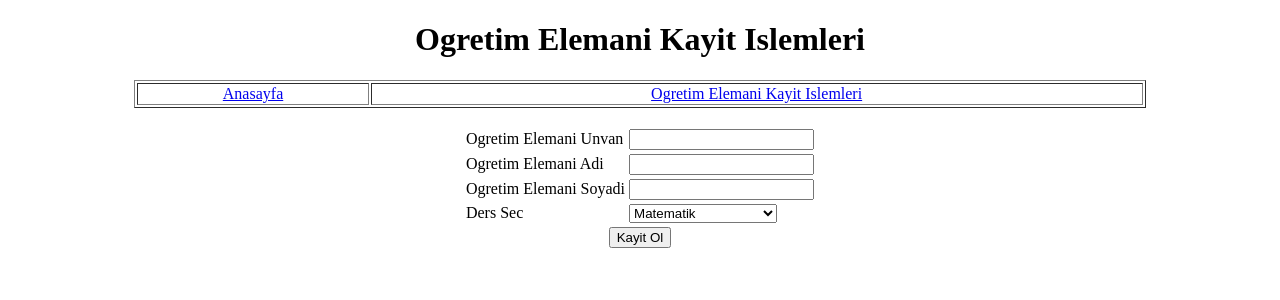
Repository: Egemen-ve-Burakhan-internet-final/final
Page: http://localhost/ogretim/ogretmen_kayit.jsp
The author's editor kept a copy of each file at every save. The page is drawn from the files as they stood at one save, then again after the next save.
The browser window is 1280 px wide. The pictures show the whole page.
The page is served by Tomcat 9. Other server files are loaded and not shown.

Above is the page before, as saved 2020-05-30 13:03:08.

### okul/ogretim/WebContent/ogretmen_kayit.jsp
<%@ page language="java" contentType="text/html; charset=ISO-8859-1"
    pageEncoding="ISO-8859-1"%>
<!DOCTYPE html>
<html>
<head>
<meta charset="ISO-8859-1">
<title>Ogretmen Kayit Sayfasi</title>
</head>
<body>
	<div>
		<div>
			<h1 style="text-align:center">Ogretim Elemani Kayit Islemleri</h1>
		</div>
		<div>
			<table border=1px; width="80%" align= center>
				<tr>
					<td style="text-align:center"><a href="index.jsp">Anasayfa               </a></td>
					<td style="text-align:center"><a href="ogretmen_kayit.jsp">Ogretim Elemani Kayit Islemleri</a></td>
				</tr>
			</table>
		</div><br>

		<div>
			<form name="forum" action="Servlet" method="post">
				<table align= center>

					<tr>
						<td><label>Ogretim Elemani Unvan</label></td>
						<td><input type="text" name="unvan" id="unvan"></td>
					</tr>

					<tr>
						<td><label>Ogretim Elemani Adi</label></td>
						<td><input type="text" name="ad" id="ad"></td>
					</tr>

					<tr>
						<td><label>Ogretim Elemani Soyadi</label></td>
						<td><input type="text" name="soyad" id="soyad"></td>
					</tr>

					<tr>
						<td><label>Ders Sec</label></td>
						<td>
							<select name="ders" id="ders">
							    <option value="1">Matematik</option>
							    <option value="2">Turkce</option>
							    <option value="3">Ingilizce</option>
							    <option value="4">Tarih</option>
							    <option value="5">Felsefe</option>
							    <option value="6">Biyoloji</option>
							    <option value="7">Fizik</option>
							    <option value="8">Kimya</option>
							    <option value="9">Internet Programciligi</option>
							    <option value="10">Muzik</option>
							    <option value="11">Beden Egitimi</option>
							    <option value="12">Din Kulturu</option>
			 			 	</select>
			 			</td>
					</tr>
					<tr>
						<td colspan="2" align=center><input type="submit" id="gonder" name="gonder" value="Kayit Ol"></td>
					</tr>
				</table>
			</form>
		</div>


	</div>
</body>
</html>

After the next save:
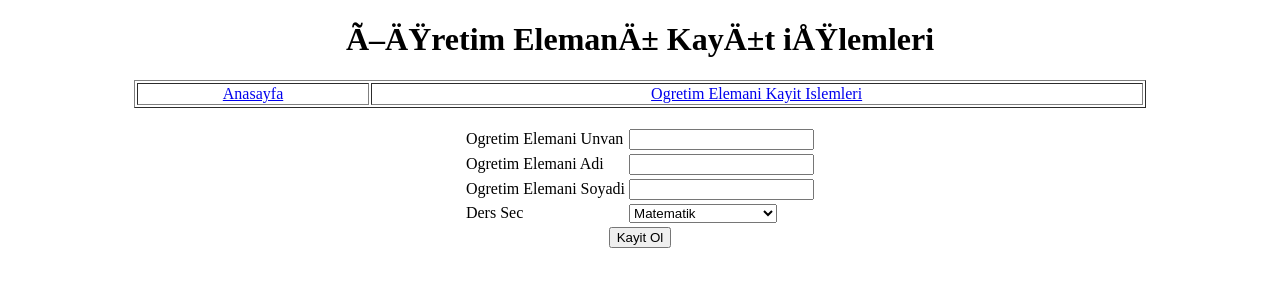
Saved 61 s later.
--- a/okul/ogretim/WebContent/ogretmen_kayit.jsp
+++ b/okul/ogretim/WebContent/ogretmen_kayit.jsp
@@ -9,7 +9,7 @@
 <body>
 	<div>
 		<div>
-			<h1 style="text-align:center">Ogretim Elemani Kayit Islemleri</h1>
+			<h1 style="text-align:center">Öğretim Elemanı Kayıt işlemleri</h1>
 		</div>
 		<div>
 			<table border=1px; width="80%" align= center>
